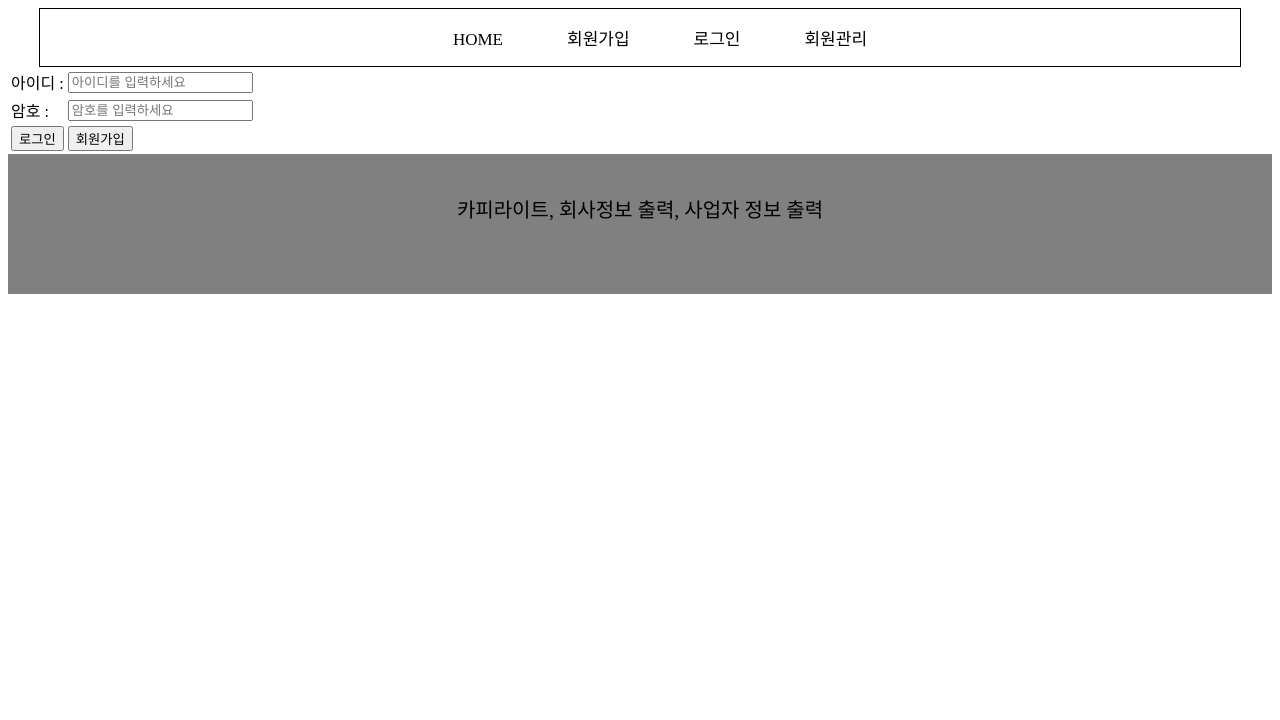
Repository: ceooyh/JSP
Page: http://localhost/step02/login.jsp
The author's editor kept a copy of each file at every save. The page is drawn from the files as they stood at one save, then again after a run of saves.
The browser window is 1280 px wide. The pictures show the whole page.
The page is served by Tomcat 9.

Above is the page before, as saved 2020-12-29 07:27:17.

After the next 2 saves:
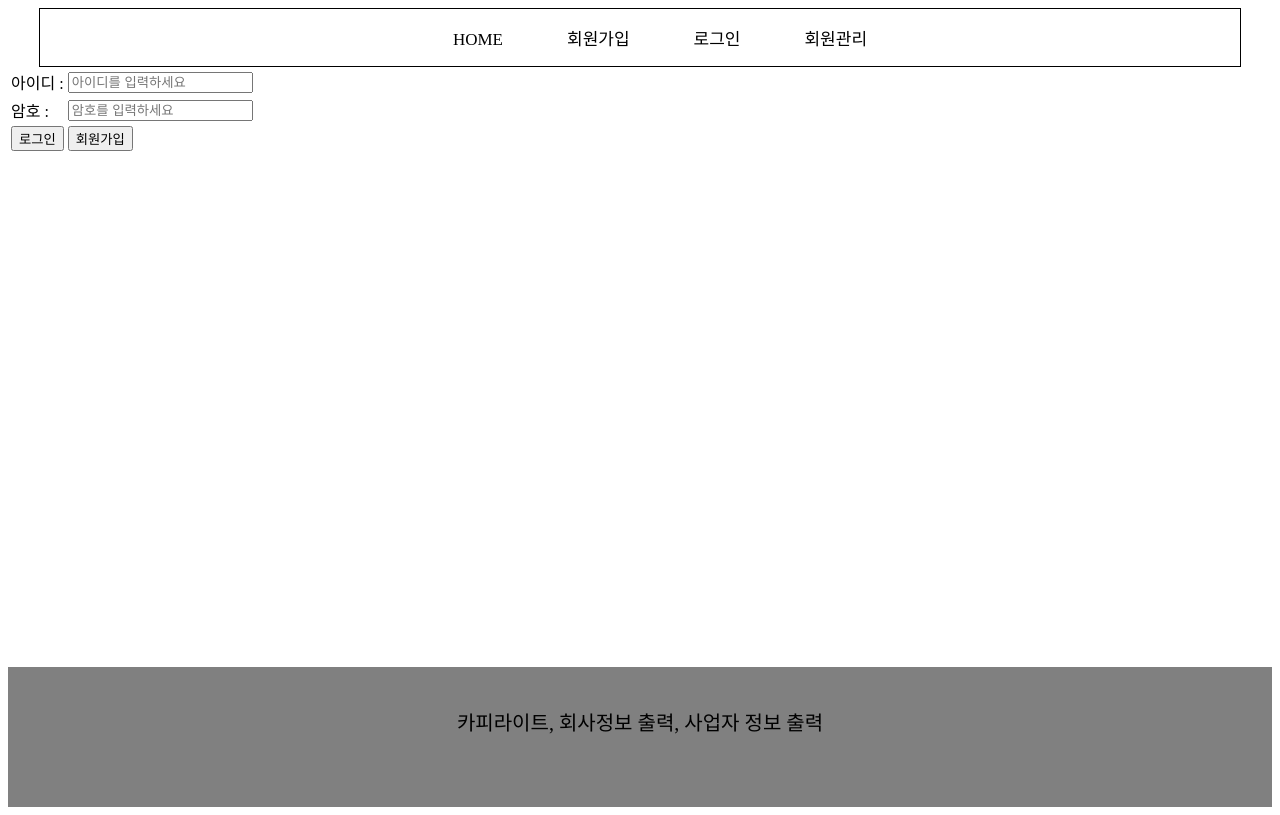
The 2 saves are shown as one change because they came seconds apart.
The last was saved 46 s later.
--- a/step02/WebContent/login.jsp
+++ b/step02/WebContent/login.jsp
@@ -5,6 +5,11 @@
 <head>
 <meta charset="UTF-8">
 <title>Insert title here</title>
+<style type="text/css">
+	section{
+		height: 600px;
+	}
+</style>
 </head>
 <body>
 		<jsp:include page="template/header.jsp"></jsp:include>
